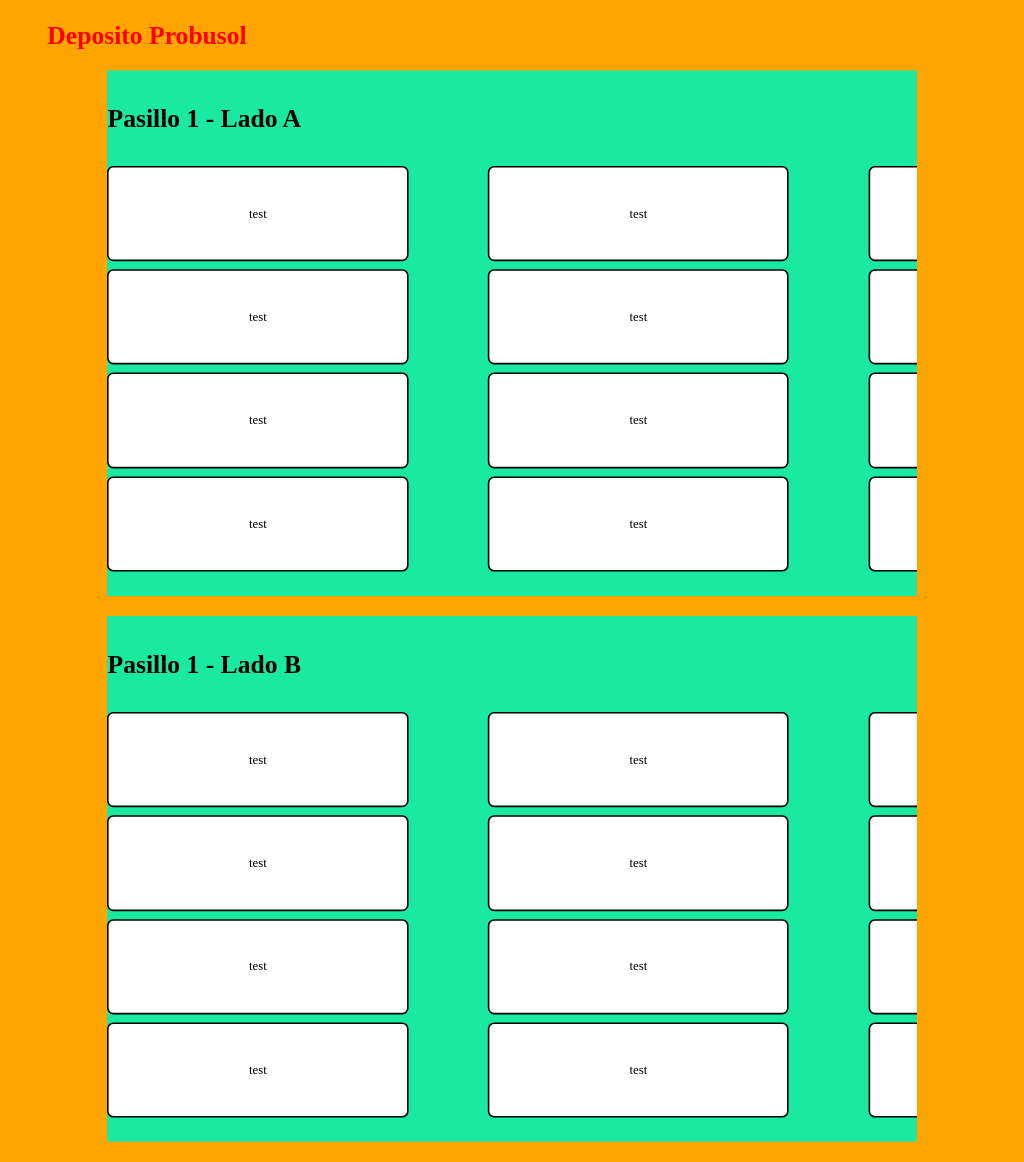
Repository: Franzcod/DepoStock_Web
Page: index.html
An editor plug-in stored every save of this project. The page is shown before and after the next save, followed by the edit.
The browser window is 1280 px wide. The pictures show the whole page, at 80% of full size.

Above is the page before, as saved 2020-06-07 03:00:55.
Console error: ReferenceError: ur is not defined

After the next save:
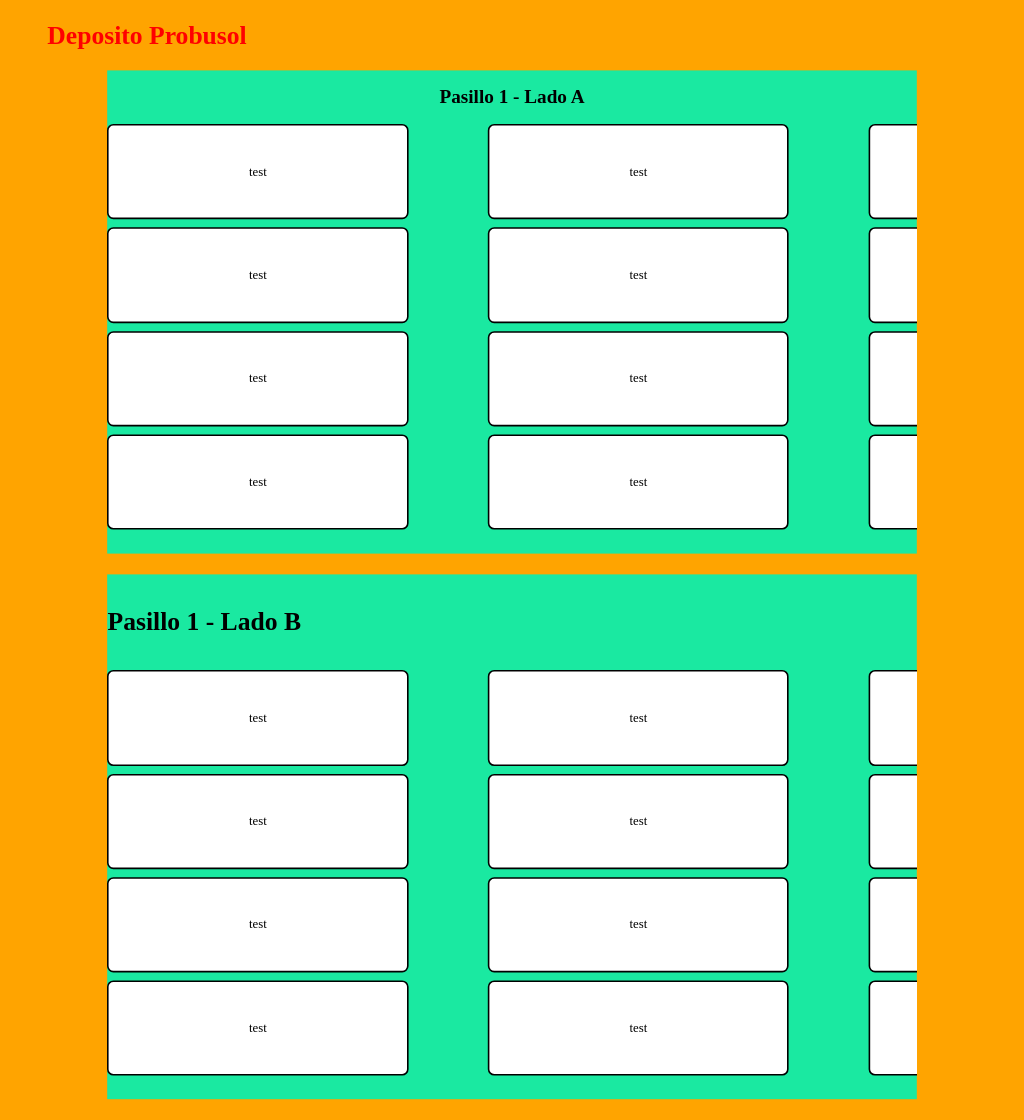
Saved 13 s later.
--- a/index.html
+++ b/index.html
@@ -15,7 +15,7 @@
 
 
     <div class="app">
-        <h1>Pasillo 1 - Lado A</h1>
+        <h2>Pasillo 1 - Lado A</h2>
 
         <ul class="hs">
             <li class="item">test</li>
